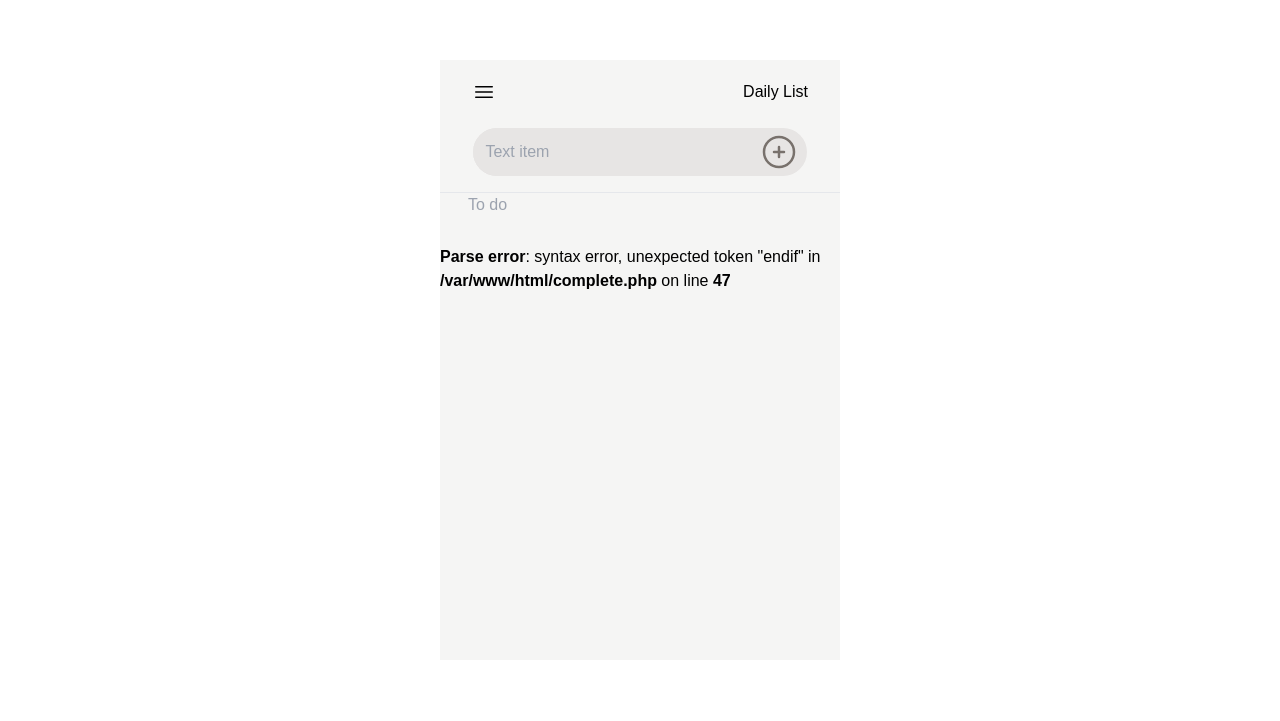
Repository: hsumyatm7308/TodolistbyPHP
Page: http://localhost/
An editor plug-in stored every save of this project. The page is shown before and after the next save, followed by the edit.
The browser window is 1280 px wide. The pictures show the whole page.
Some web libraries are served in a nearby version. The page is run by PHP 8.4 with error messages shown; the project is at /var/www/html/. Queries for data that is not in the repository find no rows.

Above is the page before, as saved 2023-07-12 13:51:57.

### index.php
<!DOCTYPE html>
<html lang="en">

<head>
    <meta charset="UTF-8">
    <meta name="viewport" content="width=device-width, initial-scale=1.0">
    <title>To Do List</title>
    <link rel="stylesheet" href="https://cdnjs.cloudflare.com/ajax/libs/font-awesome/6.4.0/css/all.min.css">
    <script src="https://cdn.tailwindcss.com"></script>

    <style>
        * {
            font-family: sans-serif;
        }

        .scrollbar-hide::-webkit-scrollbar {
            display: none;
        }
    </style>

</head>

<body>
    <div class="w-screen h-screen container flex justify-center items-center">
        <div class="w-[400px] h-[600px] bg-stone-100">
            <!-- header nav  -->
            <div class="w-full h-14 flex justify-between items-center p-8">
                <div>
                    <svg xmlns="http://www.w3.org/2000/svg" fill="none" viewBox="0 0 24 24" stroke-width="1.5"
                        stroke="currentColor" class="w-6 h-6">
                        <path stroke-linecap="round" stroke-linejoin="round"
                            d="M3.75 6.75h16.5M3.75 12h16.5m-16.5 5.25h16.5" />
                    </svg>

                </div>
                <div>
                    <h4> Daily List</h4>
                </div>
            </div>








            <?php

            require_once("todoform.php");



            ?>

            <div class="w-full h-[500px] overflow-y-scroll scrollbar-hide">

                <?php

                require_once("deletetodo.php");



                // include("edittodo.php");

                require_once("complete.php");



                ?>
            </div>







        </div>
    </div>










</body>

</html>

### todoform.php
<?php
ini_set('display_errors', 1);
require_once("database.php");
require_once("create.php");

try {
    $stmt = $conn->prepare("SELECT id, task FROM todolist");
    $stmt->execute();
} catch (Exception $e) {
    echo "Found Error: " . $e->getMessage();
}
?>

<!-- update to do  -->

<h3 class="text-gray-400 ml-7 mb-1">To do</h3>

<?php while ($row = $stmt->fetch()): ?>
    <div name="taskitems" class="w-full h-auto flex justify-center items-center p-1">
        <div class="w-[85%] h-auto bg-stone-200 flex justify-between items-center p-3">
            <span class="flex justify-center items-center">
                <form action="" method="post">
                    <a href="index.php?id=<?php echo $row['id']; ?>" name="complete-check">
                        <i class="fa-regular fa-circle-check"></i>
                    </a>

                </form>
                <span class="ml-1">
                    <?php echo $row['task'] ?>
                </span>
            </span>
            <div class="flex justify-center items-center">
                <form action="editpage.php" class="edit-form" method="post">
                    <a href="editpage.php?id=<?php echo $row['id']; ?>" class="mr-4" type="submit" name="edit-task"
                        value="<?php echo $row['id']; ?>">
                        <svg xmlns="http://www.w3.org/2000/svg" fill="none" viewBox="0 0 24 24" stroke-width="1.5"
                            stroke="currentColor" class="w-6 h-6">
                            <path stroke-linecap="round" stroke-linejoin="round"
                                d="M16.862 4.487l1.687-1.688a1.875 1.875 0 112.652 2.652L10.582 16.07a4.5 4.5 0 01-1.897 1.13L6 18l.8-2.685a4.5 4.5 0 011.13-1.897l8.932-8.931zm0 0L19.5 7.125M18 14v4.75A2.25 2.25 0 0115.75 21H5.25A2.25 2.25 0 013 18.75V8.25A2.25 2.25 0 015.25 6H10" />
                        </svg>
                    </a>
                </form>
                <form action="deletetodo.php" method="post" class="flex justify-center items-center">
                    <button type="submit" name="delete-task" value="<?php echo $row['id']; ?>" class="delete-task">
                        <svg xmlns="http://www.w3.org/2000/svg" fill="none" viewBox="0 0 24 24" stroke-width="1.5"
                            stroke="currentColor" class="w-6 h-6">
                            <path stroke-linecap="round" stroke-linejoin="round"
                                d="M14.74 9l-.346 9m-4.788 0L9.26 9m9.968-3.21c.342.052.682.107 1.022.166m-1.022-.165L18.16 19.673a2.25 2.25 0 01-2.244 2.077H8.084a2.25 2.25 0 01-2.244-2.077L4.772 5.79m14.456 0a48.108 48.108 0 00-3.478-.397m-12 .562c.34-.059.68-.114 1.022-.165m0 0a48.11 48.11 0 013.478-.397m7.5 0v-.916c0-1.18-.91-2.164-2.09-2.201a51.964 51.964 0 00-3.32 0c-1.18.037-2.09 1.022-2.09 2.201v.916m7.5 0a48.667 48.667 0 00-7.5 0" />
                        </svg>
                    </button>
                </form>
            </div>
        </div>
    </div>
<?php endwhile; ?>

### database.php
<?php

$dbhost = 'localhost';
$dbuser = 'root';
$dbpass = '';
$dbname = 'hmmdb';


try{

    $conn = new PDO("mysql:host=$dbhost;dbname=$dbname", $dbuser, $dbpass);
    $conn->setAttribute(PDO::ATTR_ERRMODE, PDO::ERRMODE_EXCEPTION);

    // echo "Connection successful";


}catch(Exception $e){
    "Error Found:".$e->getMessage();
}




?>

### create.php
<?php
ini_set('display_errors', 1);

require_once("database.php");

if ($_SERVER['REQUEST_METHOD'] === 'POST') {
    $getdata = $_POST['textbox'];

    if (isset($_POST['submit'])) {
        try {
            $stmt = $conn->prepare("INSERT INTO todolist (task) VALUES (:task)");

            $task = $getdata;

            if (empty($task)) {
                echo "";
            } else {
                $stmt->bindParam(':task', $task);
                $stmt->execute();



            }




        } catch (Exception $e) {
            echo "Error Found: " . $e->getMessage();
        }
    }






}
?>


<form action="" method="post" enctype="multipart/form-data" id="todoForm">

    <div class="w-full h-auto flex justify-center items-center p-1">
        <div class="w-[85%] h-auto bg-stone-200 flex justify-between items-center rounded-3xl">
            <input type="text" name="textbox"
                class="w-[85%] bg-stone-200 rounded-tl-3xl rounded-bl-3xl p-3 focus:outline-none"
                placeholder="Text item">


            <button type="submit" name="submit" id="submitBtn">
                <svg xmlns="http://www.w3.org/2000/svg" fill="none" viewBox="0 0 24 24" stroke-width="1.5"
                    stroke="currentColor" class="w-10 h-10 mr-2 text-stone-500 hover:text-stone-600">
                    <path stroke-linecap="round" stroke-linejoin="round"
                        d="M12 9v6m3-3H9m12 0a9 9 0 11-18 0 9 9 0 0118 0z" />
                </svg>
            </button>

        </div>
    </div>
    <hr class="mt-3">
</form>

### deletetodo.php
<?php
ob_start();

require_once("create.php");
require_once("todoform.php");
require_once("database.php");

if (isset($_POST['delete-task'])) {
    $deleteTaskID = $_POST['delete-task'];

    try {
        $stmt = $conn->prepare("DELETE FROM todolist WHERE id = :delid");
        $stmt->bindParam(":delid", $deleteTaskID);
        $stmt->execute();

        ob_end_clean();

        header("Location: index.php");
        exit();

    } catch (Exception $e) {
        echo "Error found: " . $e->getMessage();
    }
}
?>

### complete.php
<?php
ini_set('display_errors', 1);
require_once("database.php");

if (isset($_GET['id'])) {
    $comid = $_GET['id'];

    try {
        $stmt = $conn->prepare("SELECT id, task FROM todolist WHERE id = :id");
        $stmt->bindParam(":id", $comid);
        $stmt->execute();

        $completedTask = $stmt->fetch();

        // Insert completed task into completed_tasks table
        $insertStmt = $conn->prepare("INSERT INTO completed_tasks (task) VALUES (:task)");
        $insertStmt->bindParam(":task", $completedTask['task']);
        $insertStmt->execute();

        echo "Task completed and inserted into completed_tasks table.";
    } catch (Exception $e) {
        echo "Error: " . $e->getMessage();
    }
}
?>


<!-- Display the completed task -->
<?php while ($row = $stmt->fetch()): ?>
    <div class="w-full h-auto flex justify-center items-center p-1">
        <div class="w-[85%] h-auto bg-stone-200 flex justify-between items-center p-3">
            <span>
                <i class="fa-solid fa-circle-check text-green-600"></i>
                <span class="ml-1">
                    <?php echo $completedTask['task']; ?>
                </span>
            </span>
            <div>
                <svg xmlns="http://www.w3.org/2000/svg" fill="none" viewBox="0 0 24 24" stroke-width="1.5"
                    stroke="currentColor" class="w-6 h-6">
                    <path stroke-linecap="round" stroke-linejoin="round"
                        d="M14.74 9l-.346 9m-4.788 0L9.26 9m9.968-3.21c.342.052.682.107 1.022.166m-1.022-.165L18.16 19.673a2.25 2.25 0 01-2.244 2.077H8.084a2.25 2.25 0 01-2.244-2.077L4.772 5.79m14.456 0a48.108 48.108 0 00-3.478-.397m-12 .562c.34-.059.68-.114 1.022-.165m0 0a48.11 48.11 0 013.478-.397m7.5 0v-.916c0-1.18-.91-2.164-2.09-2.201a51.964 51.964 0 00-3.32 0c-1.18.037-2.09 1.022-2.09 2.201v.916m7.5 0a48.667 48.667 0 00-7.5 0" />
                </svg>
            </div>
        </div>
    </div>
<?php endif; ?>

After the next save:
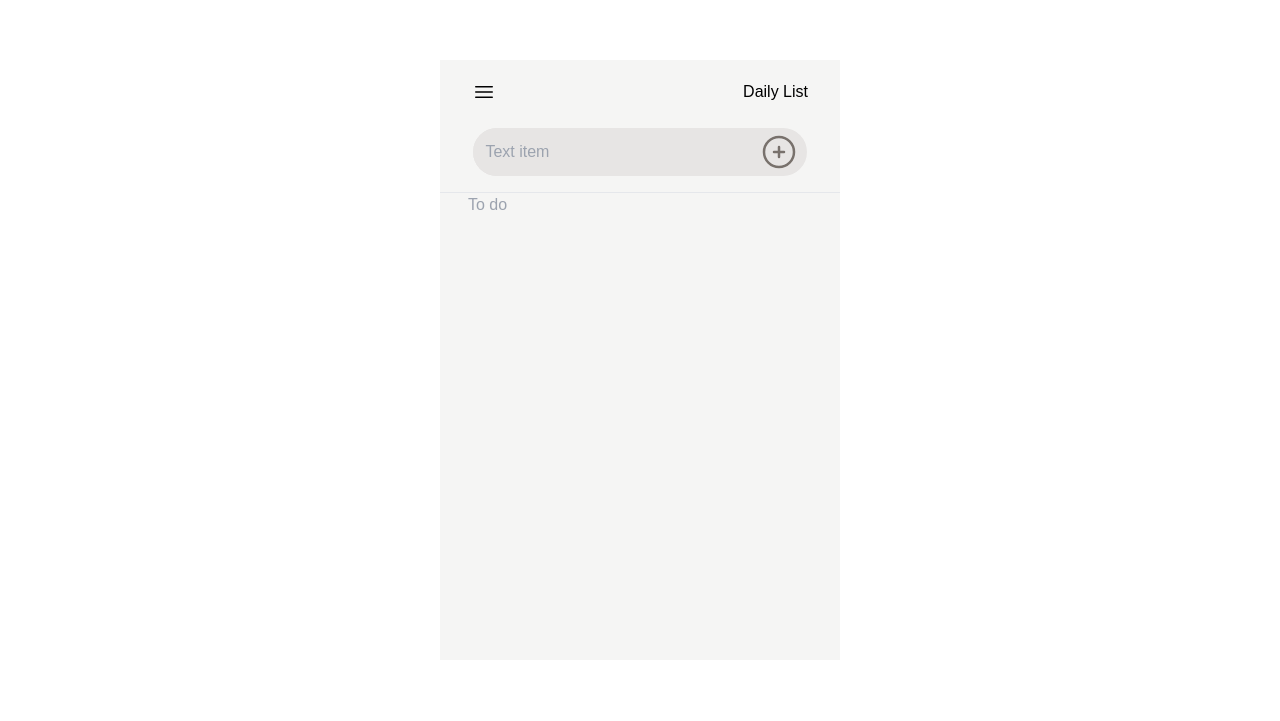
Saved 9 s later.
--- a/complete.php
+++ b/complete.php
@@ -44,4 +44,4 @@ if (isset($_GET['id'])) {
             </div>
         </div>
     </div>
-<?php endif; ?>
+    <?php endwhile; ?>
